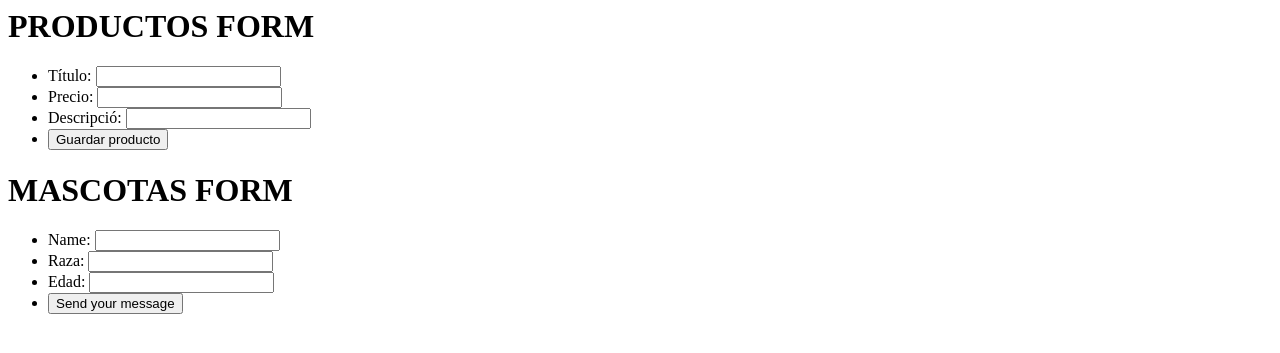
Repository: r-urchi/backend-coderhouse
Page: clase12/public/index.html
An editor plug-in stored every save of this project. The page is shown before and after a run of saves, followed by the edit.
The browser window is 1280 px wide. The pictures show the whole page.

Above is the page before, as saved 2021-08-01 16:50:48.

### clase12/public/index.html
<h1>PRODUCTOS FORM</h1>
<form action="/api/productos/guardar" method="post">
  <ul>
    <li>
      <label for="name">Título:</label>
      <input type="text" id="name" name="nombre">
    </li>
    <li>
      <label for="name">Precio:</label>
      <input type="number" id="price" name="price">
    </li>
    <li>
      <label for="name">Descripció:</label>
      <input type="text" id="thumbnail" name="thumbnail">
    </li>
    <li class="button">
      <button type="submit">Guardar producto</button>
    </li>
  </ul>
</form>


<h1>MASCOTAS FORM</h1>
<form action="/api/mascotas/guardar" method="post">
  <ul>
    <li>
      <label for="name">Name:</label>
      <input type="text" id="name" name="nombre">
    </li>
    <li>
      <label for="name">Raza:</label>
      <input type="text" id="apellido" name="raza">
    </li>
    <li>
      <label for="name">Edad:</label>
      <input type="text" id="edad" name="edad">
    </li>
    <li class="button">
      <button type="submit">Send your message</button>
    </li>
  </ul>
</form>

After the next 3 saves:
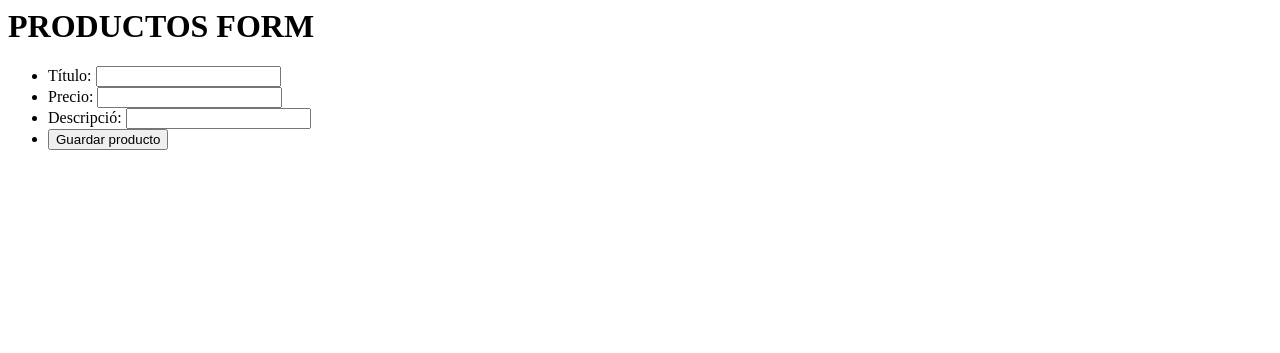
The 3 saves are shown as one change because they came seconds apart.
The last was saved 22 s later.
--- a/clase12/public/index.html
+++ b/clase12/public/index.html
@@ -18,25 +18,3 @@
     </li>
   </ul>
 </form>
-
-
-<h1>MASCOTAS FORM</h1>
-<form action="/api/mascotas/guardar" method="post">
-  <ul>
-    <li>
-      <label for="name">Name:</label>
-      <input type="text" id="name" name="nombre">
-    </li>
-    <li>
-      <label for="name">Raza:</label>
-      <input type="text" id="apellido" name="raza">
-    </li>
-    <li>
-      <label for="name">Edad:</label>
-      <input type="text" id="edad" name="edad">
-    </li>
-    <li class="button">
-      <button type="submit">Send your message</button>
-    </li>
-  </ul>
-</form>
